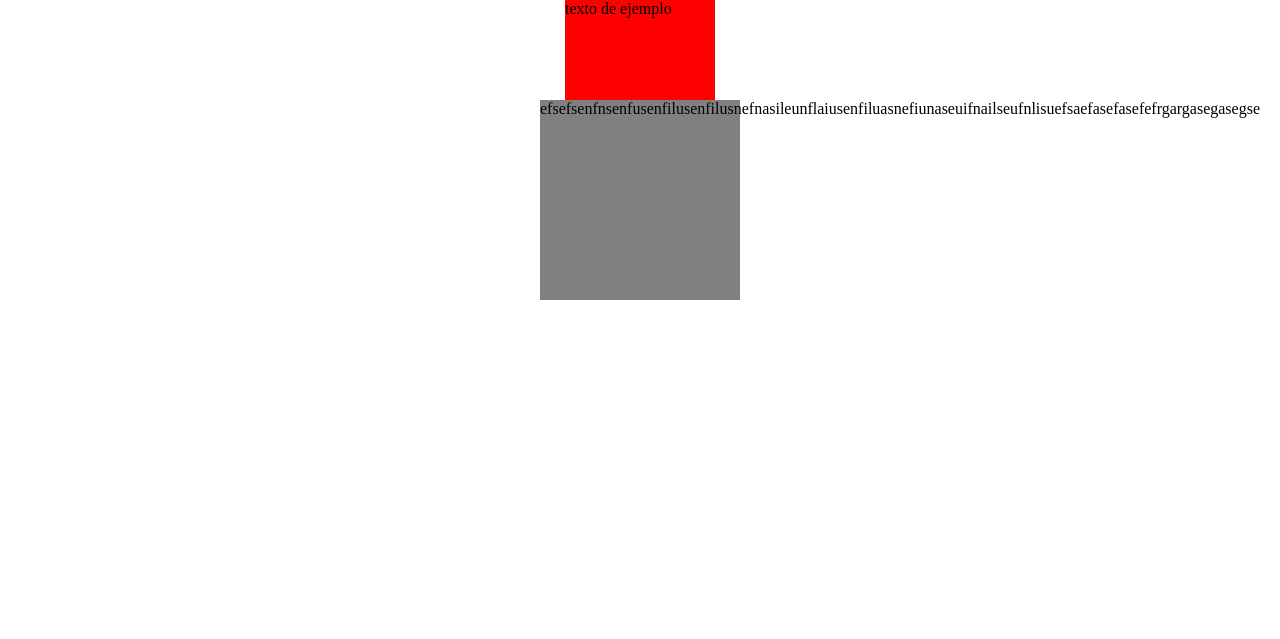
Repository: Daniel009980/daniel0099980
Page: desafio/index.html
An editor plug-in stored every save of this project. The page is shown before and after the next save, followed by the edit.
The browser window is 1280 px wide. The pictures show the whole page.

Above is the page before, as saved 2022-09-18 23:32:11.

After the next save:
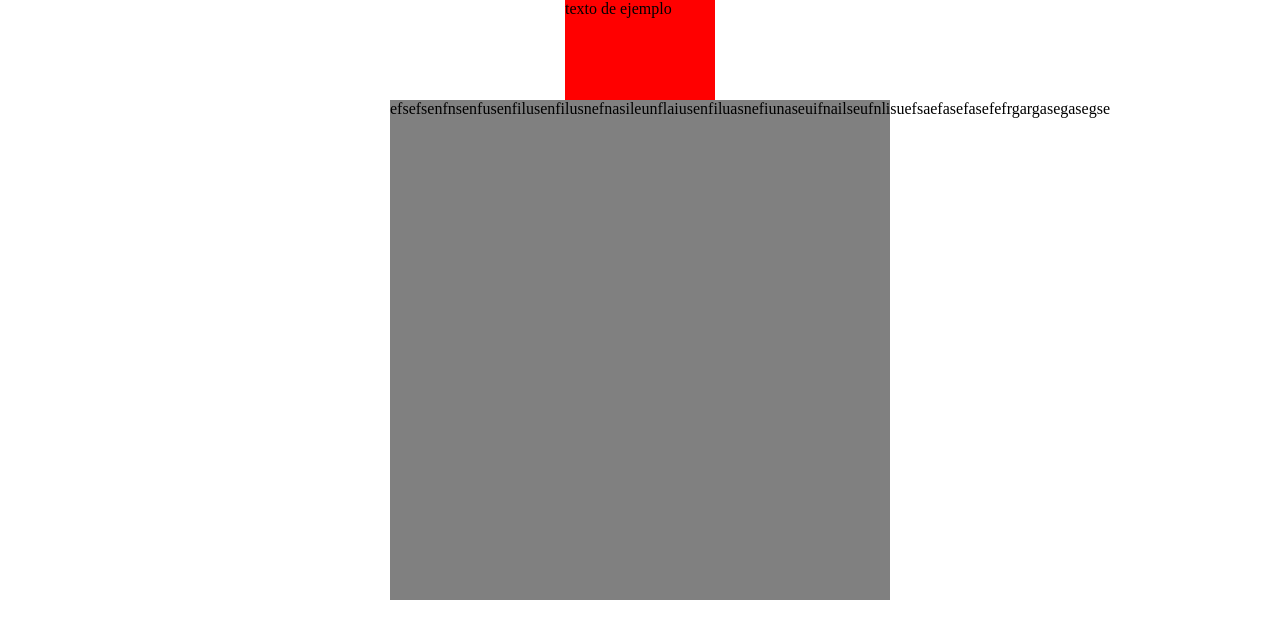
Saved 38 s later.
--- a/desafio/style.css
+++ b/desafio/style.css
@@ -14,7 +14,9 @@ div{
 
 section{
     background-color: grey;
-    width: 200px;
-    height: 200px;
+    width: 80%;
+    min-width: 320px;
+    max-width: 500px;               /* esto es para delimitar el tamaño del ancho de la seccionq ue estamos mandando a llamar */
+    min-height: 500px;
     margin: 0 auto;
 }

After the save that followed:
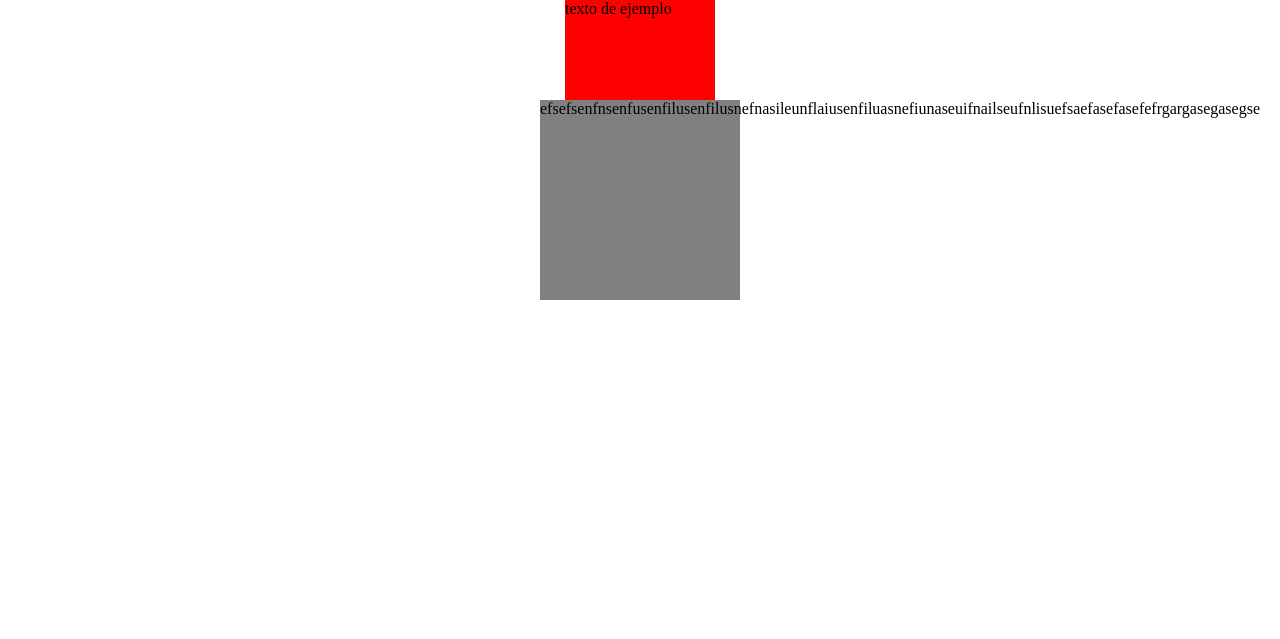
Saved 7 s later.
--- a/desafio/style.css
+++ b/desafio/style.css
@@ -14,9 +14,7 @@ div{
 
 section{
     background-color: grey;
-    width: 80%;
-    min-width: 320px;
-    max-width: 500px;               /* esto es para delimitar el tamaño del ancho de la seccionq ue estamos mandando a llamar */
-    min-height: 500px;
+    width: 200px;
+    height: 200px;
     margin: 0 auto;
 }
